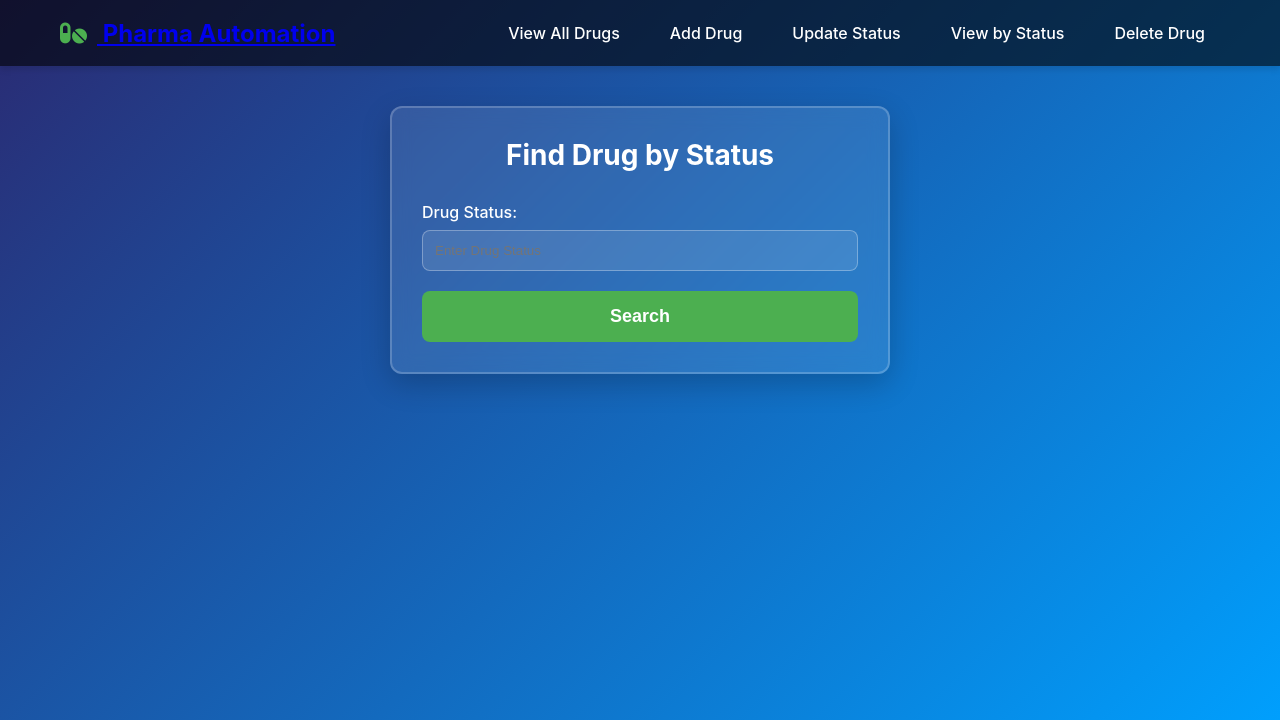
Repository: Clarrieous/Infosys-intern
Page: http://localhost/findbydrugstatus
The author's editor kept a copy of each file at every save. The page is drawn from the files as they stood at one save, then again after the next save.
The browser window is 1280 px wide. The pictures show the whole page.
The page is this project's Thymeleaf template; nobody is signed in. The template is opened directly, without the code that normally fills it, so the values that code supplies are empty.

Above is the page before, as saved 2024-12-08 18:10:21.

### ClientService/src/main/resources/templates/findbydrugstatus.html
<!DOCTYPE html>
<html xmlns:th="http://www.thymeleaf.org">
<head>
    <meta charset="UTF-8">
    <meta name="viewport" content="width=device-width, initial-scale=1.0">
    <title>Find Drug by Status - Pharma Automation</title>
    <link href="https://cdnjs.cloudflare.com/ajax/libs/font-awesome/6.0.0-beta3/css/all.min.css" rel="stylesheet">
    <style>
        :root {
            --primary-color: #2a2a72;
            --secondary-color: #009ffd;
            --accent-color: #4CAF50;
            --text-color: #ffffff;
            --background-color: #f4f4f4;
        }

        * {
            margin: 0;
            padding: 0;
            box-sizing: border-box;
        }

        body {
            font-family: 'Inter', 'Segoe UI', Tahoma, Geneva, Verdana, sans-serif;
            background: linear-gradient(135deg, var(--primary-color), var(--secondary-color));
            color: var(--text-color);
            min-height: 100vh;
            display: flex;
            flex-direction: column;
        }

        .container {
            max-width: 1200px;
            margin: 0 auto;
            padding: 0 20px;
            width: 100%;
        }

        .navbar {
            background-color: rgba(0, 0, 0, 0.6);
            padding: 15px 0;
            box-shadow: 0 4px 6px rgba(0, 0, 0, 0.1);
        }

        .nav-content {
            display: flex;
            justify-content: space-between;
            align-items: center;
        }

        .logo {
            display: flex;
            align-items: center;
            font-size: 24px;
            font-weight: 700;
        }

        .logo i {
            margin-right: 10px;
            color: var(--accent-color);
        }

        .nav-menu {
            display: flex;
            list-style: none;
            gap: 20px;
            overflow: hidden;
        }

        .nav-menu li {
            opacity: 0; /* Start invisible */
            transform: translateX(-30px); /* Slide in from left */
        }

        .nav-menu li a {
            color: var(--text-color);
            text-decoration: none;
            font-weight: 500;
            transition: all 0.3s ease;
            padding: 8px 15px;
            border-radius: 6px;
            display: flex;
            align-items: center;
            gap: 8px;
        }

        .nav-menu li a:hover {
            background-color: var(--accent-color);
            transform: translateY(-3px);
        }

        .form-container {
            width: 100%;
            max-width: 500px;
            margin: 40px auto;
            background-color: rgba(255, 255, 255, 0.1);
            border: 2px solid rgba(255, 255, 255, 0.2);
            border-radius: 12px;
            padding: 30px;
            backdrop-filter: blur(10px);
            box-shadow: 0 10px 30px rgba(0, 0, 0, 0.2);
            opacity: 0; /* Start invisible */
            transform: scale(0.8); /* Scale down */
        }

        .form-container h2 {
            text-align: center;
            margin-bottom: 30px;
            color: var(--text-color);
            font-size: 28px;
        }

        .form-group label {
            display: block;
            margin-bottom: 8px;
            color: var(--text-color);
            font-weight: 500;
        }

        .form-group input {
            width: 100%;
            padding: 12px;
            border: 1px solid rgba(255, 255, 255, 0.3);
            border-radius: 8px;
            background-color: rgba(255, 255, 255, 0.1);
            color: var(--text-color);
            transition: all 0.3s ease;
        }

        .form-group input:focus {
            outline: none;
            border-color: var(--accent-color);
            box-shadow: 0 0 0 3px rgba(76, 175, 80, 0.3);
        }

        .submit-btn {
            width: 100%;
            padding: 15px;
            background-color: var(--accent-color);
            color: white;
            border: none;
            border-radius: 8px;
            font-size: 18px;
            font-weight: 600;
            cursor: pointer;
            transition: all 0.3s ease;
        }

        .submit-btn:hover {
            background-color: #45a049;
            transform: translateY(-3px);
            box-shadow: 0 6px 12px rgba(0, 0, 0, 0.2);
        }

        @keyframes slideInLeft {
            0% {
                opacity: 0;
                transform: translateX(-30px);
            }
            100% {
                opacity: 1;
                transform: translateX(0);
            }
        }

        @keyframes zoomFadeIn {
            0% {
                opacity: 0;
                transform: scale(0.8);
            }
            100% {
                opacity: 1;
                transform: scale(1);
            }
        }

        @media (max-width: 768px) {
            .nav-content {
                flex-direction: column;
                text-align: center;
            }

            .nav-menu {
                margin-top: 15px;
                flex-direction: column;
                align-items: center;
            }

            .form-container {
                width: 90%;
                padding: 20px;
            }
        }
    </style>
</head>
<body>

    <nav class="navbar">
        <div class="container nav-content">

			<div class="logo">
			    <a th:href="@{/Home}" >
			        <i class="fas fa-pills"></i>
			        Pharma Automation
			    </a>
			</div>
            <ul class="nav-menu">
                <li><a th:href="@{/viewAllDrugs}">View All Drugs</a></li>
                <li><a th:href="@{/addDrug}">Add Drug</a></li>
                <li><a th:href="@{/updateStatus}">Update Status</a></li>
                <li><a th:href="@{/viewDrugStatus}">View by Status</a></li>
                <li><a th:href="@{/deleteDrug}">Delete Drug</a></li>
            </ul>
        </div>
    </nav>

    <div class="container">
        <div class="form-container">
            <h2>Find Drug by Status</h2>
            <form th:action="@{/viewByDrugStatus}" th:method="GET">
                <div class="form-group">
                    <label for="status">Drug Status:</label>
                    <input type="text" id="status" name="status" required placeholder="Enter Drug Status">
                </div>
				</br>
                <button type="submit" class="submit-btn">Search</button>
            </form>
        </div>
    </div>

    <script>
        document.addEventListener('DOMContentLoaded', () => {

            const navItems = document.querySelectorAll('.nav-menu li');
            navItems.forEach((item, index) => {
                const delay = index * 0.1;
                item.style.animation = `slideInLeft 0.5s ease ${delay}s forwards`;
            });


            const formContainer = document.querySelector('.form-container');
            formContainer.style.animation = `zoomFadeIn 0.6s ease 0.5s forwards`;
        });
    </script>
</body>
</html>

After the next save:
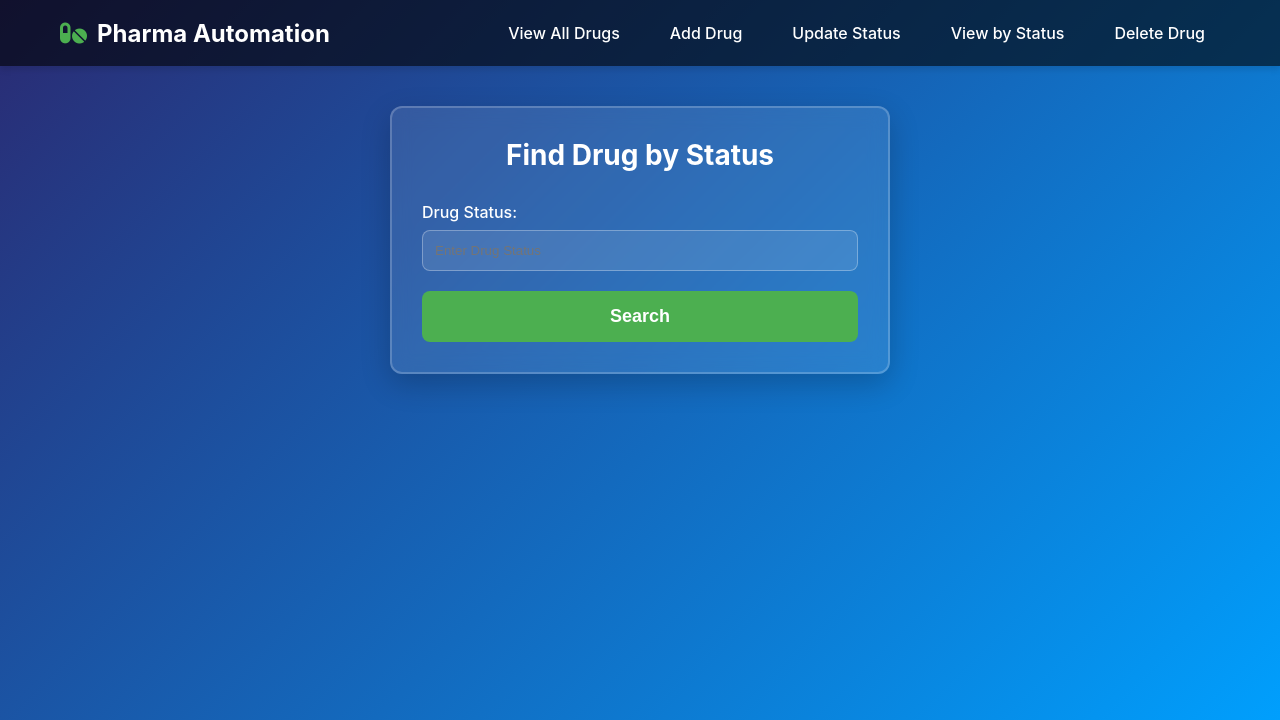
Saved 21 s later.
--- a/ClientService/src/main/resources/templates/findbydrugstatus.html
+++ b/ClientService/src/main/resources/templates/findbydrugstatus.html
@@ -197,13 +197,11 @@
 
     <nav class="navbar">
         <div class="container nav-content">
-
-			<div class="logo">
-			    <a th:href="@{/Home}" >
-			        <i class="fas fa-pills"></i>
-			        Pharma Automation
-			    </a>
-			</div>
+            <div class="logo">
+                <i class="fas fa-pills"></i>
+                Pharma Automation
+            </div>
+
             <ul class="nav-menu">
                 <li><a th:href="@{/viewAllDrugs}">View All Drugs</a></li>
                 <li><a th:href="@{/addDrug}">Add Drug</a></li>
